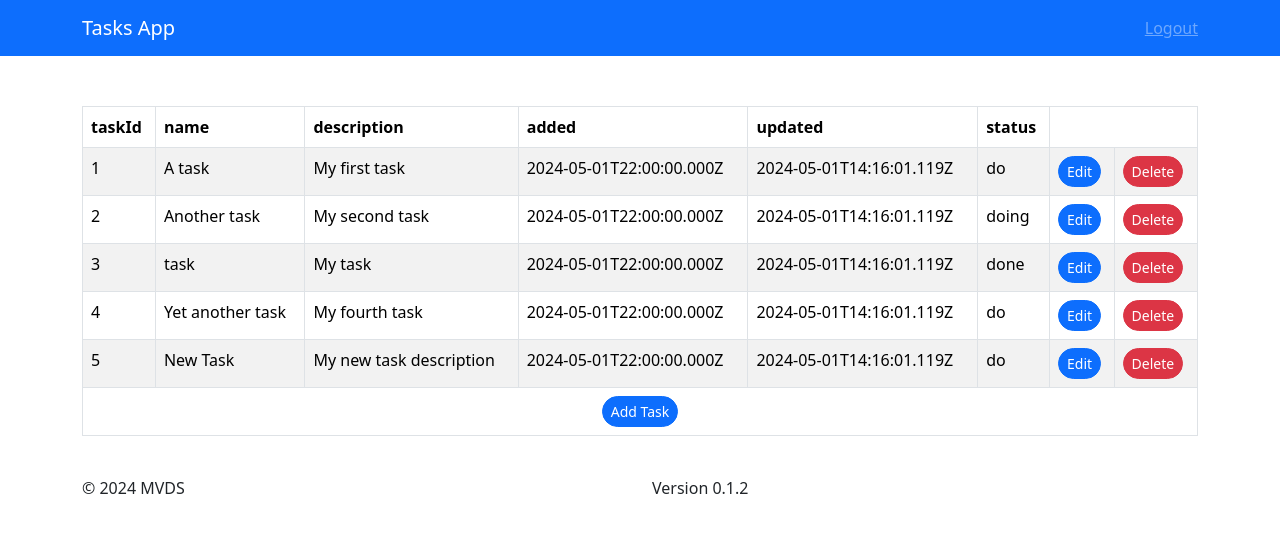
Repository: trider/react-task-manager
Page: /#/tasks
The author's editor kept a copy of each file at every save. The page is drawn from the files as they stood at one save, then again after the next save.
The browser window is 1280 px wide. The pictures show the whole page.
The project was rebuilt for these pictures with package versions that can differ from the ones it lists, and the page was loaded fresh each time. Also part of the build but not shown: src/App.css, src/data/_Users.js, src/pages/Login.js.

Above is the page before, as saved 2024-05-07 17:53:15.

### src/App.js
// import logo from './logo.svg';
import './App.css';
import 'bootstrap/dist/css/bootstrap.min.css';
// import { BrowserRouter, Routes, Route } from "react-router-dom";
import {HashRouter as Router, Routes, Route} from "react-router-dom";
import LoginForm from "./pages/Login";
import TaskList from "./pages/Task";

// const path = process.env.REACT_APP_FOR_PATH;

function App() {
  return (
    <div>
      <Router baseline="/">
        <Routes>
          <Route index element={<LoginForm />} />
            <Route path="login" element={<LoginForm />} />
            <Route path="tasks" element={<TaskList />} />
        </Routes>
      </Router>
    </div>
  );
}

export default App;

### src/pages/Task.js
import * as React from 'react';

import { useState } from 'react';

import Table from 'react-bootstrap/Table';
import Container from 'react-bootstrap/Container';
import Button from 'react-bootstrap/Button';
import Form from 'react-bootstrap/Form';

import NavbarComponent from '../components/Navigation';
import Footer from '../components/Footer';

import userTasks from '../data/_Tasks';
import tableCols from '../data/_Cols';




const TaskTable = () => {

  const [tasks, setTasks] = useState(userTasks);
  const [taskName, setTaskName] = useState("A Task");
  const [taskDescription, setTaskDescription] = useState("Task Description");
  const [dateAdded, setDateAdded] = useState(new Date().toISOString());
  const [dateUpdated, setDateUpdated] = useState(new Date().toISOString());
  const [taskStatus, setTaskStatus] = useState("do");
  const [isAdd, setIsAdd] = useState(false);


  const addTask = (task) => {
    setDateAdded(new Date().toISOString());
    setDateUpdated(new Date().toISOString());
    setTaskStatus('do');
    setIsAdd(false);
    setTasks([...tasks, { id: tasks.length + 1, ...task }]);
  }

  const editTask = (task) => {

    setIsAdd(false);
    setTasks(tasks.map((t) => {
      if (tasks.filter((t) => t.isEdit === true).length < 1) {
        if (t.taskId === task.taskId) t.isEdit = !t.isEdit;
      }

      return t
    }));


  }

  const getButton = (task) => {

    if (task.isEdit) {
      return <Button variant="primary rounded-pill" size='sm' onClick={(e) => updateTask(task)}>
        Update
      </Button>
    }
    else {
      return <Button variant="primary rounded-pill" size='sm' onClick={(e) => editTask(task)}>
        Edit
      </Button>
    }

  }

  const updateTask = (task) => {






    setTasks(tasks.map((t) => {
      setTaskName(t.name);
      setTaskDescription(t.description);
      if (t.taskId === task.taskId) {
        t.isEdit = !t.isEdit;
        t.name = taskName;
        t.description = taskDescription;
        t.updated = new Date().toISOString();
        t.status = taskStatus;
      }
      return t;
    }));
    setIsAdd(false);



  }

  const deleteTask = (task) => {
    setTasks(tasks.filter((t) => t.taskId !== task.taskId));
  }

  const getTask = (task, col) => {
    if (task.isEdit) {
      if (col === 'name') {
        return <Form.Control
          type="text"
          value={taskName}
          onChange={(e) => setTaskName(e.target.value)}
        />
      }
      else if (col === 'description') {
        return <Form.Control
          type="text"
          value={taskDescription}
          onChange={(e) => setTaskDescription(e.target.value)}
        />
      }
      else if (col === 'status') {
        return <Form.Control
          type="text"
          value={taskStatus}
          onChange={(e) => setTaskStatus(e.target.value)}
        />
      }
      else {
        return task[col]
      }


    }
    else {
      return task[col]
    }


  }



  const showTableBody = () => {

    if (isAdd) {

      return <tbody>

        <tr>
          <td>
            {tasks.length + 1}
          </td>
          <td>
            <Form.Control
              type="text"
              value={taskName}
              onChange={(e) => setTaskName(e.target.value)}
            />
          </td>
          <td>
            <Form.Control
              type="text"
              value={taskDescription}
              onChange={(e) => setTaskDescription(e.target.value)}

            />
          </td>
          <td>
            {dateAdded}
          </td>
          <td>
            {dateUpdated}
          </td>
          <td>
            do
          </td>

          <td colSpan='2'>
            <div className="d-grid gap-2 d-md-flex justify-content-md-center">

              <Button variant="primary rounded-pill" size='sm' onClick={(e) => addTask({
                name: taskName,
                description: taskDescription,
                user: 'jonnygold',
                status: 'do',
                taskId: tasks.length + 1,
                added: new Date().toISOString(),
                updated: new Date().toISOString(),
                isActive: true,
                isEdit: false
              })}>
                Add
              </Button>
            </div>
          </td>
        </tr>



      </tbody>



    }
    else {
      return <tbody>
        {tasks.map((task) => (
          <tr key={task.id}>
            {tableCols.map((col) => (
              <td key={col}>

                {getTask(task, col)}

              </td>
            ))}

            <td>
              {getButton(task)}
            </td>
            <td>
              <Button variant="danger rounded-pill" size='sm' onClick={(e) => deleteTask(task)}>
                Delete
              </Button>
            </td>
          </tr>
        ))}



        <tr>

          <td colSpan={tableCols.length + 2} style={{ backgroundColor: "white" }}>
            <div className="d-grid gap-2 d-md-flex justify-content-md-center">
              <Button variant="primary rounded-pill" size='sm' onClick={(e) => setIsAdd(!isAdd)}>
                Add Task
              </Button>
            </div>
          </td>
        </tr>
      </tbody>

    }


  }






  return (
    <div >
      <Table striped bordered hover size="lg">
        <thead>
          <tr>
            {tableCols.map((col) => (
              <th key={col}>{col}</th>
            ))}
            <th colSpan={"2"}></th>
          </tr>
        </thead>

        {showTableBody()}

      </Table>




    </div>
  );
}


const TaskList = () => {
  return (
    <div>

      <NavbarComponent />
      <Container style={{ marginTop: "50px" }}>

        <div style={{ marginTop: "50px" }}>
          <TaskTable />
        </div>

      </Container>
      <Footer />
    </div>
  );
}

export default TaskList;

### src/components/Navigation.js
import * as React from 'react';
import Container from 'react-bootstrap/Container';
import Nav from 'react-bootstrap/Nav';
import Navbar from 'react-bootstrap/Navbar';
import {Link as ReactLink} from "react-router-dom";






const NavbarComponent = () => {
  return (
    <Navbar bg="primary" expand="lg" data-bs-theme="dark">
      <Container>
        <Navbar.Brand href="#home">Tasks App</Navbar.Brand>
        <Navbar.Toggle aria-controls="basic-navbar-nav" />
        <Navbar.Collapse id="basic-navbar-nav">
          <Nav className="me-auto" >
          </Nav>

          <div className='Nav'>
            <ReactLink to="/login">Logout</ReactLink>
          </div>
        </Navbar.Collapse>
      </Container>
    </Navbar>
  );
}



export default NavbarComponent;

### src/components/Footer.js
import * as React from 'react';
import Container from 'react-bootstrap/Container';
import Row from 'react-bootstrap/Row';
import Col from 'react-bootstrap/Col';


const Footer = () => {
  return (
    <footer style={{paddingTop:'10%'}} className='class="d-flex flex-wrap justify-content-between align-items-center py-3 my-4 border-top">'>
      <Container >
      <Row>
        <Col>&copy; 2024 MVDS</Col>
        <Col>Version 0.1.2</Col>
      </Row>
      </Container>
    </footer>
  );
}

export default Footer;

### src/data/_Tasks.js
const userTasks= [
 {
   id: "6630ab326e723ac1ea6dce7a",
   description: "My first task",
   name: "A task",
   taskId: 1,
   user: "jonnygold",
   added: "2024-05-01T22:00:00.000Z",
   updated: "2024-05-01T14:16:01.119Z",
   status: "do",
   isActive: true,
   isEdit: false
 },
 {
   id: "6630fe5d6e723ac1ea6dce7e",
   description: "My second task",
   name: "Another task",
   taskId: 2,
   user: "jonnygold",
   added: "2024-05-01T22:00:00.000Z",
   updated:"2024-05-01T14:16:01.119Z",
   status: "doing",
   isActive: true,
   isEdit: false
 },
 {
   id: "6630fe826e723ac1ea6dce7f",
   description: "My task",
   name: "task",
   taskId: 3,
   user: "jonnygold",
   added: "2024-05-01T22:00:00.000Z",
   updated:"2024-05-01T14:16:01.119Z",
   status: "done",
   isActive: true,
   isEdit: false
 },
 {
   id: "6631f17cc4c9b7f5ab3c28c3",
   name: "Yet another task",
   description: "My fourth task",
   user: "jonnygold",
   taskId: 4,
   added: "2024-05-01T22:00:00.000Z",
   updated:"2024-05-01T14:16:01.119Z",
   isActive: true,
   status: "do",
   isEdit: false

 },
 {
   id: "66323f0d54b80929f84ebdd2",
   user: "jonnygold",
   name: "New Task",
   description: "My new task description",
   status: "do",
   taskId: 5,
   added: "2024-05-01T22:00:00.000Z",
   updated:"2024-05-01T14:16:01.119Z",
   isActive: true,
   isEdit: false
 }

]

export default userTasks

### src/data/_Cols.js
const tableCols = [
 'taskId',
 'name',
 'description',
 'added',
 'updated',
 'status',
];

export default tableCols

Loaded but not shown: public/index.html (common file); src/index.js (common file); src/index.css (common file); src/reportWebVitals.js (common file)

After the next save:
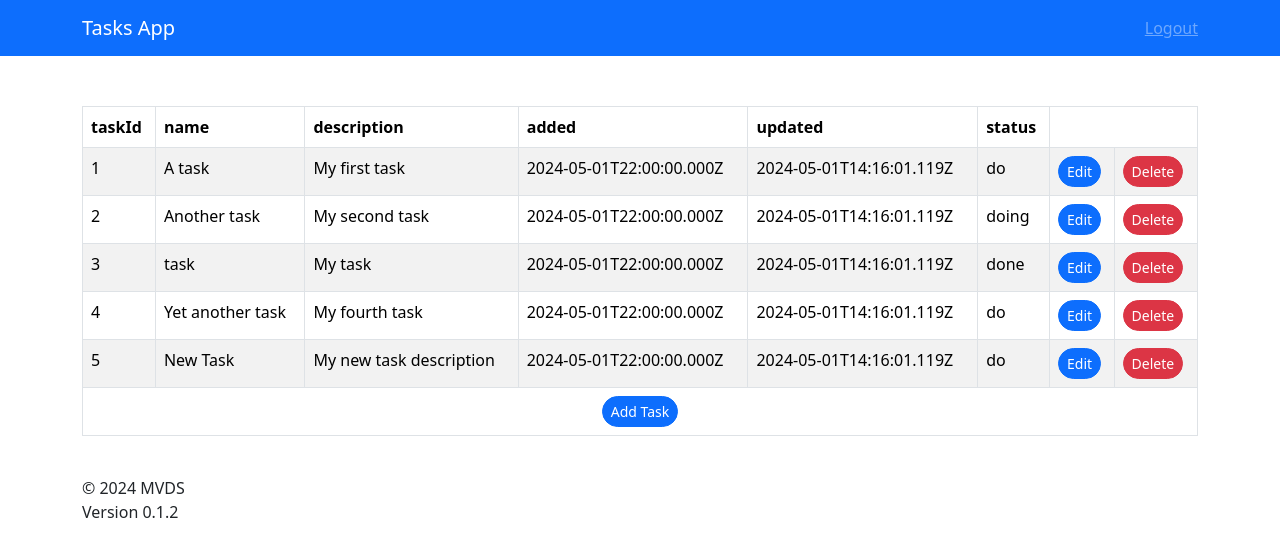
Saved 35 s later.
--- a/src/components/Footer.js
+++ b/src/components/Footer.js
@@ -9,7 +9,7 @@ const Footer = () => {
     <footer style={{paddingTop:'10%'}} className='class="d-flex flex-wrap justify-content-between align-items-center py-3 my-4 border-top">'>
       <Container >
       <Row>
-        <Col>&copy; 2024 MVDS</Col>
+        <Col sm={12}>&copy; 2024 MVDS</Col>
         <Col>Version 0.1.2</Col>
       </Row>
       </Container>
